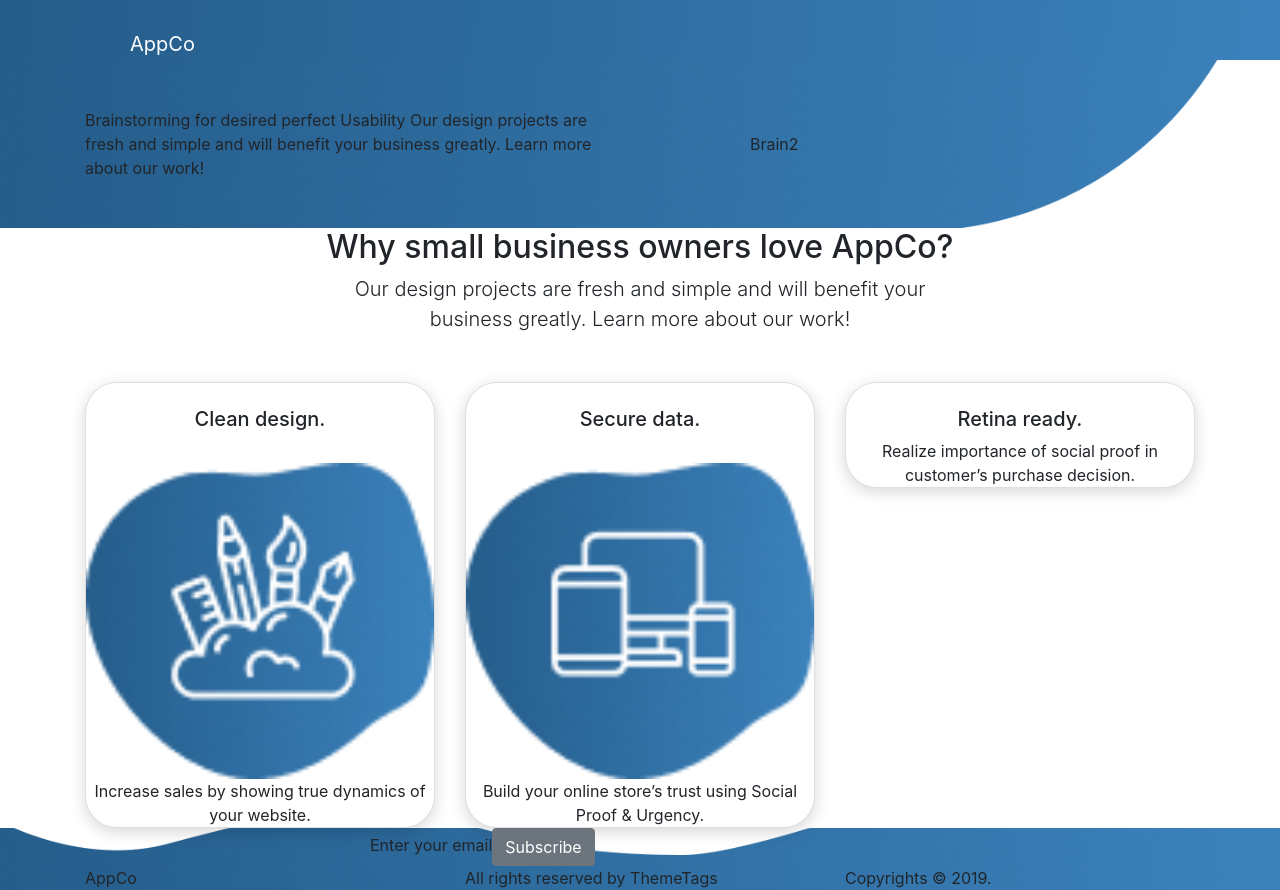
Repository: andbilous/user-statistics-app
Page: /
An editor plug-in stored every save of this project. The page is shown before and after a run of saves, followed by the edit.
The browser window is 1280 px wide. The pictures show the whole page.
The project was rebuilt for these pictures with package versions that can differ from the ones it lists, and the page was loaded fresh each time.

Above is the page before, as saved 2020-06-19 17:06:36.

### src/App.js
import React from 'react';
import Main from './pages/Main';
import './App.scss';

function App() {
  return (
    <div className="App">
      <Main/>
    </div>
  );
}

export default App;

### src/pages/Main.jsx
import React from "react";
import Header from "../components/Header";
import Brainstorming from "../components/brainstorming";
import Reasons from "../components/reasons";
import Footer from '../components/footer';

const Main = () => {
  return (
    <>
      <Header />
      <Brainstorming />
      <Reasons />
      <Footer />
    </>
  );
};

export default Main;

### src/App.scss
body {
  font-family: Montserrat;
  font-style: normal;
  font-weight: normal;
}
img {
  position: relative;
  display: block;
  width: 100%;
}

### src/components/Header/index.js
import React from 'react';
import './header.scss';
import { Container, Row, Col } from 'reactstrap';


const Header = () => {
    return (
      <header className='header bg-image'>
      <Container>
          <div className='navbar-brand'>
          AppCo
            </div>
      </Container>
      </header>
    )
};

export default Header;

### src/components/brainstorming/index.js
import React from 'react';
import { Container, Row, Col } from 'reactstrap';
import'./brainstorming.scss';


const Brainstorming = () => {
    return (
      <section className='brainstorming pt-100 bg-image'>
      <Container>
          <Row className="row align-items-center justify-content-between py-5">
            <Col className="col-md-7 col-lg-6">
              Brainstorming for desired perfect Usability
              Our design projects are fresh and simple and will benefit your business greatly. Learn more about our work!
              </Col>
            <Col className="col-md-5 col-lg-5">Brain2</Col>
          </Row>
      </Container>
      </section>
    )
};

export default Brainstorming;

### src/components/reasons/index.js
import React from 'react';
import './reasons.scss';
import { Container, Row, Col,Card } from 'reactstrap';


const Reasons = () => {
    return (
      <section className='reasons'>
      <Container>
          <Row className="justify-content-center">
          <Col className="col-lg-7 col-md-8">
            <div className='section-heading text-center mb-5'>
              <h2>Why small business owners love AppCo?</h2>
              <p className='lead'>
              Our design projects are fresh and simple and will benefit your business greatly. Learn more about our work!
              </p>
            </div>
          </Col>
          </Row>
          <Row className="justify-content-center">
            <Col className='col-lg-4 col-md'>
              <Card className='text-center card-block'>
                <div className='pt-4'>
                  <h5>Clean design.</h5>
                </div>
                <div className='reasons-img mt-4'>
                <img alt='13' src='../../img/1.png'/>
                </div>
                Increase sales by showing true dynamics of your website.
              </Card>
            </Col>
            <Col className='col-lg-4 col-md'>
            <Card className='text-center card-block'>
            <div className='pt-4'>
                  <h5>Secure data.</h5>
                </div>
                <div className='reasons-img mt-4'>
                <img alt='13' src='../../img/2.png'/>
                </div>

                Build your online store’s trust using Social Proof & Urgency.
              </Card>
            </Col>
            <Col className='col-lg-4 col-md'>
            <Card className='text-center card-block'>
            <div className='pt-4'>
                  <h5>Retina ready.</h5>
                </div>

                Realize importance of social proof in customer’s purchase decision.
              </Card>
            </Col>
          </Row>

      </Container>
      </section>
    )
};

export default Reasons;

### src/components/footer/index.js
import React from 'react';
import { Container, Row, Col,Button } from 'reactstrap';
import'./footer.scss';


const Footer = () => {
    return (
      <footer className='footer'>
        <Container>
          <Row className='justify-content-center'>
            <Col md='6'>
              <div>
                Enter your email
                <Button>Subscribe</Button>
              </div>
            </Col>
          </Row>
          <Row className='justify-content-between'>
            <Col className='col-md' lg='4'>
            AppCo
            </Col>
            <Col className='col-md' lg='4'>
            All rights reserved by ThemeTags
              </Col>
              <Col className='col-md' lg='4'>
              Copyrights © 2019.
              </Col>
          </Row>
        </Container>
      </footer>
    )
};

export default Footer;

### src/components/Header/header.scss
.header{
  width: 100%;
  height: 60px;
  background: linear-gradient(92.09deg, #255D8B 2.29%, #3A80BA 96.79%);
}

.navbar-brand {
  color: #fff;
  font-size: 40px;
  line-height: 49px;
  position: absolute;
  width: 136px;
  height: 49px;
  left: 130px;
  top: 24px;
}

### src/components/brainstorming/brainstorming.scss
.brainstorming{
  background-image: url(../../img/bg.png);
  background-repeat: no-repeat;
  background-position: center center;
  background-size: cover;
}

.bg-image{
  position: relative;
  width: 100%;
  display: block;
}

### src/components/reasons/reasons.scss
.card-block{
  background: #FFFFFF;
  box-shadow: 0px 4px 16px rgba(0, 0, 0, 0.16);
  border-radius: 32px !important;
}

### src/components/footer/footer.scss
.footer{
  background-image: url(../../img/footer-bg.png);
  background-repeat: no-repeat;
  background-position: center center;
  background-size: cover;
}

Loaded but not shown: public/index.html (common file); src/index.js (common file); src/serviceWorker.js (common file)

After the next 2 saves:
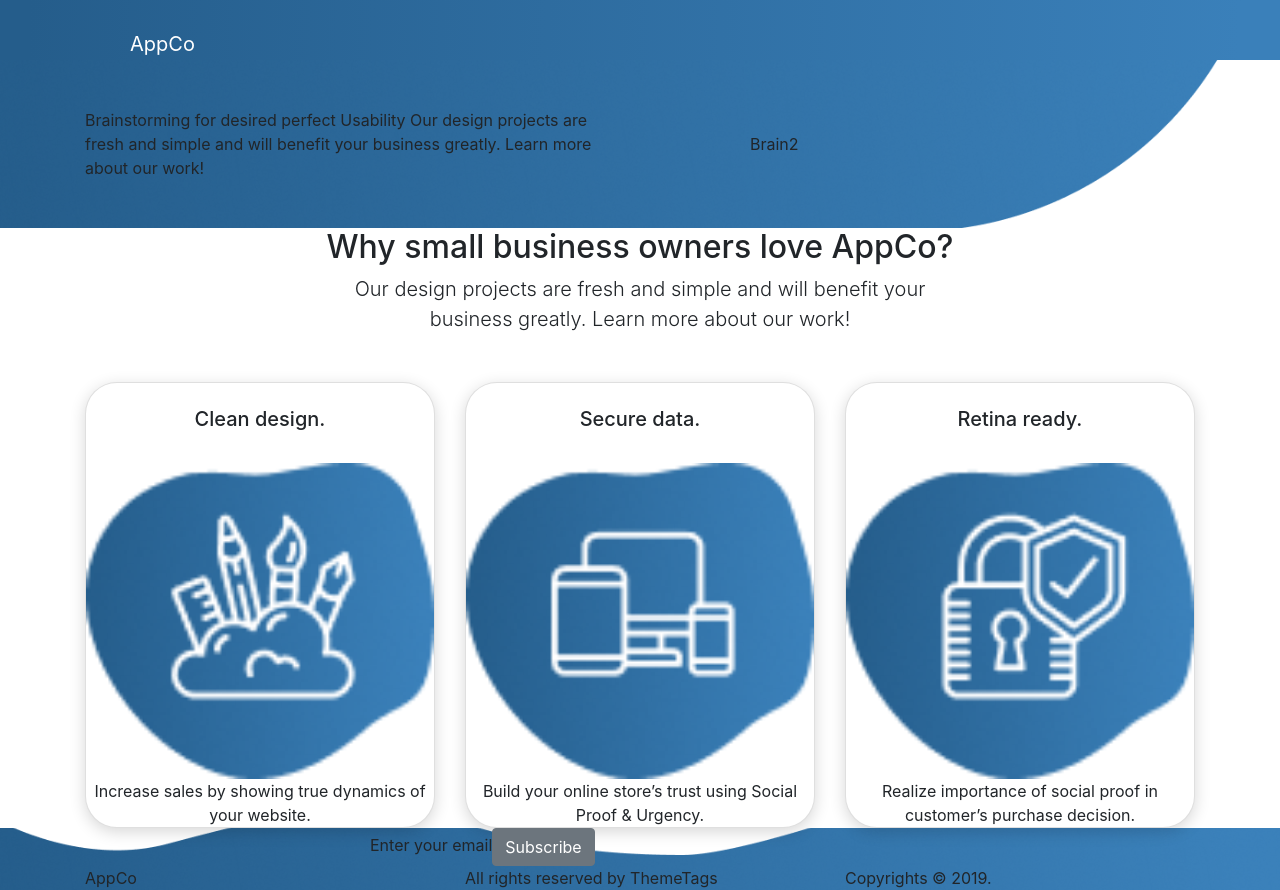
The 2 saves are shown as one change because they came seconds apart.
The last was saved 20 s later.
--- a/src/components/reasons/index.js
+++ b/src/components/reasons/index.js
@@ -46,7 +46,9 @@ const Reasons = () => {
             <div className='pt-4'>
                   <h5>Retina ready.</h5>
                 </div>
-
+                <div className='reasons-img mt-4'>
+                <img alt='13' src='../../img/3.png'/>
+                </div>
                 Realize importance of social proof in customer’s purchase decision.
               </Card>
             </Col>
